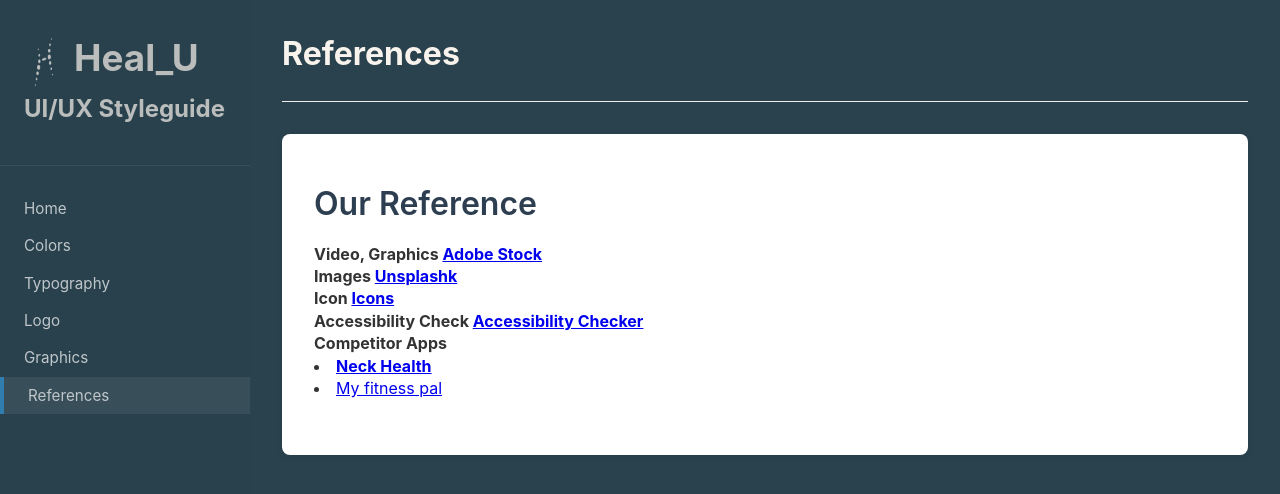
Repository: rosielee09/Heal_U
Page: references.html
The author's editor kept a copy of each file at every save. The page is drawn from the files as they stood at one save, then again after the next save.
The browser window is 1280 px wide. The pictures show the whole page.

Above is the page before, as saved 2025-04-06 14:32:03.

### references.html
<!DOCTYPE html>
<html lang="en">
<head>
    <meta charset="UTF-8">
    <meta name="viewport" content="width=device-width, initial-scale=1.0">
    <link rel="apple-touch-icon" sizes="180x180" href="/apple-touch-icon.png">
    <link rel="icon" type="image/png" sizes="32x32" href="/favicon-32x32.png">
    <link rel="icon" type="image/png" sizes="16x16" href="/favicon-16x16.png">
    <link rel="manifest" href="/site.webmanifest">
    <link rel="stylesheet" href="styles.css">
    <title>Heal_U Styleguide</title>
</head>
<body>
    <div class="container">
        <!-- Sidebar Navigation -->
        <div class="sidebar">
            <div class="sidebar-header">
                <div class="logo">
                    <img src="./img/logo/Logo - Heal U_sq_logo_light.png" alt="logo" width="40px" >
                    <p>Heal_U</p>
                </div>
                <h1>UI/UX Styleguide</h1>

            </div>
            <ul class="nav">
                <li><a href="index.html">Home</a></li>
                <li><a href="colors.html">Colors</a></li>
                <li><a href="typography.html">Typography</a></li>
                <li><a href="logo.html">Logo</a></li>
                <li><a href="graphics.html">Graphics</a></li>
                <li class="active"><a href="references.html">References</a></li>
            </ul>
        </div>

        <!-- Main Content  -->
        <div class="content">
            <header class="page-header">
                <h2>References</h2>
            </header>

            <div class="component">
                <div class="component-header">
                    <h3 class="component-title">Our Reference</h3>
                    <h4 class="reference--list">Video, Graphics
                        <a href="https://stock.adobe.com/ca/" class="reference-link">Adobe Stock</a></h4>
                    <h4 class="reference--list">Images
                            <a href="https://unsplash.com/ko" class="reference-link">Unsplashk</a></h4>
                    <h4 class="reference--list">Icon
                        <a href="https://icons8.com/" class="reference-link">Icons</a></h4>
                        <h4 class="reference--list">Accessibility Check
                            <a href="https://www.accessibilitychecker.org/color-contrast-checker/" class="reference-link">Accessibility Checker</a></h4>
                    <h4 class="reference--list">Competitor Apps
                         <li> <a href="https://play.google.com/store/apps/details?id=melstudio.mneck&hl=en&pli=1" class="reference-link">Neck Health</a></h4></li>
                         <li> <a href="https://www.myfitnesspal.com/" class="reference-link">My fitness pal</a></h4></li>
                </div>
                <div class="component-content">
                </div>
            </div>
</body>
<script src="script.js"></script>
</html>

### styles.css
* {
    margin: 0;
    padding: 0;
    box-sizing: border-box;
}

body {
    font-family: 'Inter', -apple-system, BlinkMacSystemFont, 'Segoe UI', Roboto, Oxygen, Ubuntu, Cantarell, sans-serif;
    line-height: 1.4;
    color: #333;
    background: #29424D;

    margin: 0;
    padding: 0;
    width: 100vw;
    height: 100vh;
}

hr {
    padding: 1rem;
    border: 0.4px solid white;
}

video {
    border-radius: 53px;
    padding: 0 10px;
}


/* Layout */
.container {
    display: flex;
    min-height: 100vh;
}

/* Sidebar Navigation */
.sidebar {
    width: 250px;
    background-color: #29424D;
    color: #F8F3EC;
    padding: 2rem 0;
    position: fixed;
    height: 100vh;
    overflow-y: hidden;
    opacity: 0.7;
}


.sidebar-header {
    padding: 0 1.5rem 2rem;
    border-bottom: 1px solid rgba(255, 255, 255, 0.1);
}

.sidebar-header h1 {
    font-size: 1.5rem;
    font-weight: 700;
    margin-bottom: 0.5rem;
}

.sidebar-header p {
    font-size: 0.875rem;
    opacity: 1;
}

.nav {
    list-style: none;
    padding: 1.5rem 0;
}

.nav li {
    padding: 0.5rem 1.5rem;
}

.nav li.active {
    background-color: rgba(255, 255, 255, 0.1);
    border-left: 4px solid #3498db;
}

.nav a {
    color: #fff;
    text-decoration: none;
    display: block;
    font-size: 0.95rem;
    transition: all 0.2s;
}

.nav a:hover {
    opacity: 1;
}

/* Logo in Navbar */
/* Logo styling */
.logo {
    display: flex;
    align-items: left;
    gap: 10px;  /* Space between logo image and text */
    /* padding: 0 1.5rem;  Match your sidebar padding */
}


.logo p {
    color: #F8F3EC;  /* Match your sidebar text color */
    font-weight: 700;
    font-size: 2.3rem;
    margin: 0;  /* Remove default paragraph margin */
    margin-bottom: 0.5rem;
}

/* Home page animation */
.body-homepage{
    overflow: hidden;
    position: relative;
    display: flex;
    align-items: center;
}
.animation--title {
    text-align: right;
    display: flex;
    flex-direction: column;
    justify-content: flex-end;
    margin-left: 50rem; /* Push to the right side */
    margin-right: 5%; /* Keep some space from the edge */
    width: 50%;
  }

  .animation--title-head {

    color: #F8F3EC;
    font-size: 8rem;
    line-height: 1.2;
    font-weight: bold;
    letter-spacing: 2px;
    font-family: 'Roboto', sans-serif;
    text-transform: uppercase;

  }

  .animation--title-subhead {
    color: #F8F3EC;
    font-size: 1.7rem;
    line-height: 1.5;
    font-family: 'Roboto', sans-serif;
    font-style: italic;
    margin-top: 2rem;
    margin-bottom: 2rem;
  }

  .animation--title-member {
    color: #F8F3EC;
    font-size: 1.4rem;
    line-height: 1.4;
    font-family: 'Roboto', sans-serif;

  }



  .blob {
    position: absolute;
    top: 0;
    left: 0;
    fill: #CFC4F4;
    width: 50vmax;
    z-index: -1;
    animation: move 10s ease-in-out infinite;
    transform-origin: 50% 50%;
  }

  @keyframes move {
    0%   { transform: scale(1)   translate(10px, -30px); }
    38%  { transform: scale(0.8, 1) translate(80vw, 30vh) rotate(160deg); }
    40%  { transform: scale(0.8, 1) translate(80vw, 30vh) rotate(160deg); }
    78%  { transform: scale(1.3) translate(0vw, 50vh) rotate(-20deg); }
    80%  { transform: scale(1.3) translate(0vw, 50vh) rotate(-20deg); }
    100% { transform: scale(1)   translate(10px, -30px); }
  }




/* Main Content */
.content {
    flex: 1;
    padding: 2rem;
    margin-left: 250px;
    max-width: calc(100% - 250px);
}

.page-header {
    margin-bottom: 2rem;
    padding-bottom: 1rem;
    border-bottom: 1px solid #eee;
}

.page-header h2 {
    font-size: 2rem;
    font-weight: 700;
    color: #F8F3EC;
    margin-bottom: 0.5rem;
}

.page-header p {
    color: #F8F3EC;
    font-size: 1.1rem;
}

/* Components Common Styles */
.component {
    background-color: #fff;
    border-radius: 8px;
    box-shadow: 0 2px 10px rgba(0, 0, 0, 0.05);
    padding: 2rem;
    padding-top: 1rem;
    margin-bottom: 2rem;
}

.component-section{
    margin-top: 3rem;
}

.component-header {
    margin-top: 1.5rem;
    margin-bottom: 1.5rem;
}

.component-title {
    font-size: 2rem;
    font-weight: 600;
    margin-top: 2rem;
    margin-bottom: 1rem;
    color: #2c3e50;
}

.component-description {
    color: #7f8c8d;
    padding-bottom: 1rem;
}


    /* Color Styles */
.color-grid {
    display: grid;
    grid-template-columns: repeat(auto-fill, minmax(300px, 1fr));
    gap: 1.5rem;
}

.color-grid__onlycolor {
    display: grid;
    grid-template-columns: repeat(auto-fill, minmax(300px, 2fr));
    gap: 1.5rem;
    align-items: start;
}


.color-grid__example {
    display: grid;
    grid-template-columns: repeat(auto-fill, minmax(400px, 2fr));
    gap: 1.5rem;
    align-items: start;
}

.color-grid__Accessiblilliy {
    display: grid;
    grid-template-columns: repeat(auto-fit, minmax(clamp(300px, 50%, 400px), 1fr));
    gap: 1.5rem;
}

.color-grid__expressive {
    display: grid;
    grid-template-columns: repeat(auto-fit, minmax(200px, 1fr));
    gap: 1.5rem;
    align-items: start;
}


.color-item {
    border-radius: 6px;
    overflow: hidden;
    box-shadow: 0 2px 5px rgba(0, 0, 0, 0.1);
}

.color-preview {
    height: 120px;
}

.color-info {
    padding: 1rem;
    background-color: #fff;
}

.color-name {
    font-weight: 600;
    margin-bottom: 0.25rem;
}

.color-value {
    font-family: monospace;
    color: #7f8c8d;
    font-size: 0.85rem;
}

.color__primary--preview{
    background-color: #29424D;
}

.color__secondary--preview{
    background-color: #CFC4F4;
}

.color__tertiary--preview {
    background-color: #F8F3EC;
}

.color__accent--preview{
    background-color: #CDF06B;
}

.color__success--preview{
    background-color: #138636;
}

.color__error--preview{
    background-color: #C32D2D;
}

.color__warning--preview{
    background-color: #FFBD11;
}

.color__info--preview{
    background-color: #4976BA;
}

.color__background--preview{
    background-color: #fff;
}

.color__text--preview{
    background-color: #2E2E30;
}

.color-accessiblillity-img {
    width: 100%;
    height: 70%;
}

.color-example-img{
    align-items: center;
}

.color-bold-title{
    font-weight: bold;
  }

.color-explain{
    padding:5px;
    margin-left: 20px;
    margin-top: 5px;
}

/* Graphics */
.graphic-grid {
    display: grid;
    grid-template-columns: repeat(auto-fill, minmax(300px, 2fr));
    gap: 1.5rem;

}

/* section__icons */
.graphic-grid__icons{
    display: grid;
    grid-template-columns: repeat(5, 1fr);
    gap: 1.5rem;
}

.graphic-item{
   justify-items: center;

}


.graphic-menu__icon{
    padding: 8px;
    border: 0.4px solid lightgrey;
    border-radius: 8px;
}

.graphic-title{
    margin-top: 2rem;
    margin-bottom: 1rem;
}

.graphic-title-desc{
    margin-bottom: 1rem;
}

.graphic-item-grid1{
    margin-top: 3rem;
}


/* section illustrations */
.graphic-grid-illustrations,
.graphic-grid-images{
    display: grid;
    grid-template-columns: repeat(3, 1fr);
    gap: 1.5rem;
}
.graphic-item-illustrations,
.graphic-illustrations{
    max-width: 200px;
    max-height: 200px;
}
.graphic-icons{
    padding: 10px;
    border-radius: 16px;
}

/* Typography */

/* Import Roboto font with multiple weights */
@import url('https://fonts.googleapis.com/css2?family=Roboto:wght@400;500;700&display=swap');

.component-title-typography{
    color: #F8F3EC;
}

/* Table styling */
table {
  width: 100%;
  border-collapse: collapse;
  font-family: 'Roboto', sans-serif;
  margin: 2rem 0;
}

th {
  background-color: #f8f9fa;
  color: #212529;
  padding: 12px 16px;
  text-align: left;
  font-weight: 500;
  border-bottom: 2px solid #dee2e6;

}

td {
  padding: 16px;
  border-bottom: 1px solid #e9ecef;
  vertical-align: top;
}

/* Remove default list styling */
td li {
  list-style: none;
  margin: 4px 0;
  padding-left: 0;
}



.content-image {
  margin: auto;
  display: block;
  padding: 1rem;
}

.center {
  text-align: center;
}



.typography-item {
    margin-bottom: 2rem;
}


.heading1 {
  font-family: 'Roboto', sans-serif;
  font-size: 40px;
  line-height: 48px;
  font-weight: 700;
  color: #212529;

}

.heading2 {
  font-family: 'Roboto', sans-serif;
  font-size: 32px;
  line-height: 40px;
  font-weight: 700;
  color: #212529;
}

.section-header {
  font-family: 'Roboto', sans-serif;
  font-size: 24px;
  line-height: 32px;
  font-weight: 700;
  color: #212529;
}

.sub-header {
  font-family: 'Roboto', sans-serif;
  font-size: 20px;
  line-height: 28px;
  font-weight: 700;
  color: #212529;
}

.body-bold {
  font-family: 'Roboto', sans-serif;
  font-size: 16px;
  line-height: 24px;
  font-weight: 700;
  color: #212529;
}


.body {
  font-family: 'Roboto', sans-serif;
  font-size: 16px;
  line-height: 24px;
  font-weight: 400;
  color: #212529;
}

.small {
  font-family: 'Roboto', sans-serif;
  font-size: 14px;
  line-height: 20px;
  font-weight: 400;
  color: #212529;
}

.small-italic {
  font-family: 'Roboto', sans-serif;
  font-style: italic;
  font-size: 14px;
  line-height: 20px;
  font-weight: 400;
  color: #212529;
}

.tiny-bold {
  font-family: 'Roboto', sans-serif;
  font-size: 12px;
  line-height: 18px;
  font-weight: 700;
  color: #212529;
}

.tiny {
  font-family: 'Roboto', sans-serif;
  font-size: 12px;
  line-height: 18px;
  font-weight: 400;
  color: #212529;
}

.mini {
  font-family: 'Roboto', sans-serif;
  font-size: 8px;
  line-height: 12px;
  font-weight: 400;
  color: #212529;
  letter-spacing: 0.5px;
}

/* Add zebra striping for better readability */
tbody tr:nth-child(odd) {
  background-color: #f8f9fa;
}

/* Logo */

.title-inter {
    @import url('https://fonts.googleapis.com/css2?family=Inter&display=swap');
    font-family: 'Inter', sans-serif;
    font-size: 28px;
    font-weight: bold;
    line-height: 32px;
    letter-spacing: 0.5px;
}.typography-why{
    font-size: 16px;
}

th:nth-child(2), td:nth-child(2) {
    width: 20%; /* Adjust this value as needed */
  }

th:nth-child(3), td:nth-child(3) {
    width: 35%; /* Adjust this value as needed */
  }

  td:nth-child(3) li {
    list-style-type: disc; /* This will add bullet points */

  }

Loaded but not shown: script.js (no stored copy; drawn as an empty file)

After the next save:
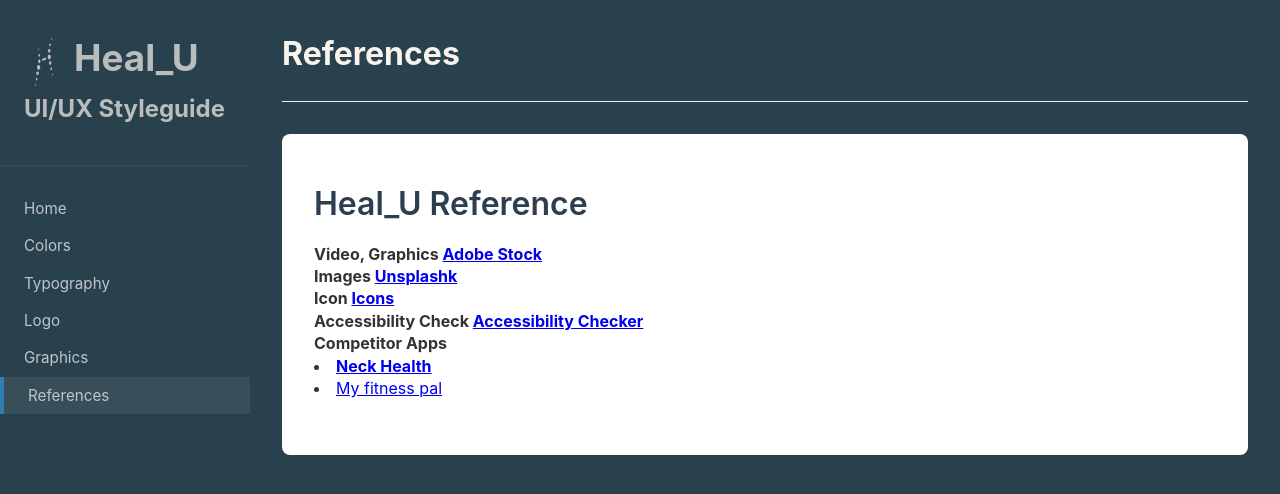
Saved 11 s later.
--- a/references.html
+++ b/references.html
@@ -40,7 +40,7 @@
 
             <div class="component">
                 <div class="component-header">
-                    <h3 class="component-title">Our Reference</h3>
+                    <h3 class="component-title">Heal_U Reference</h3>
                     <h4 class="reference--list">Video, Graphics
                         <a href="https://stock.adobe.com/ca/" class="reference-link">Adobe Stock</a></h4>
                     <h4 class="reference--list">Images
